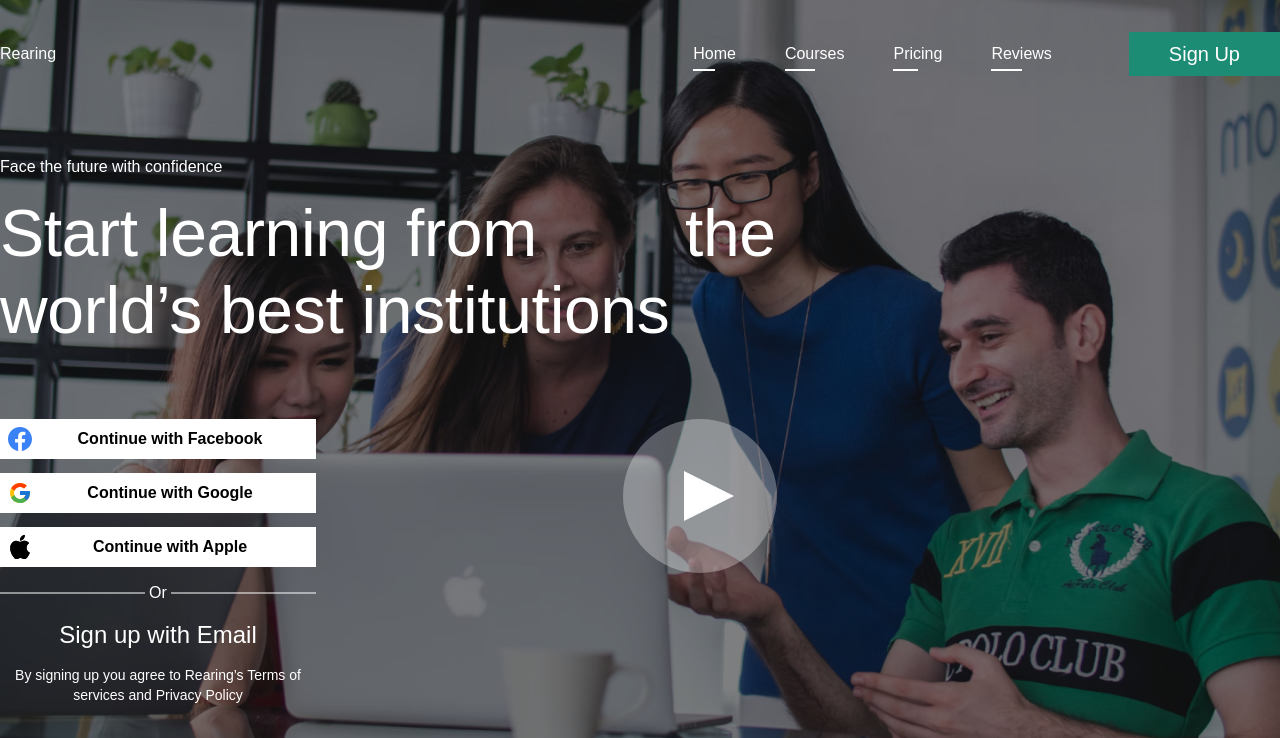
Repository: vandangnhathung/educationplatform
Page: /
These files come from the project's save history. The page is drawn as it stood at one moment and after the next save; the edit follows.
The browser window is 1280 px wide. The pictures show the whole page.
The project was rebuilt for these pictures with package versions that can differ from the ones it lists, and the page was loaded fresh each time.

Above is the page before, as saved 2022-06-21 00:26:39.

After the next save:
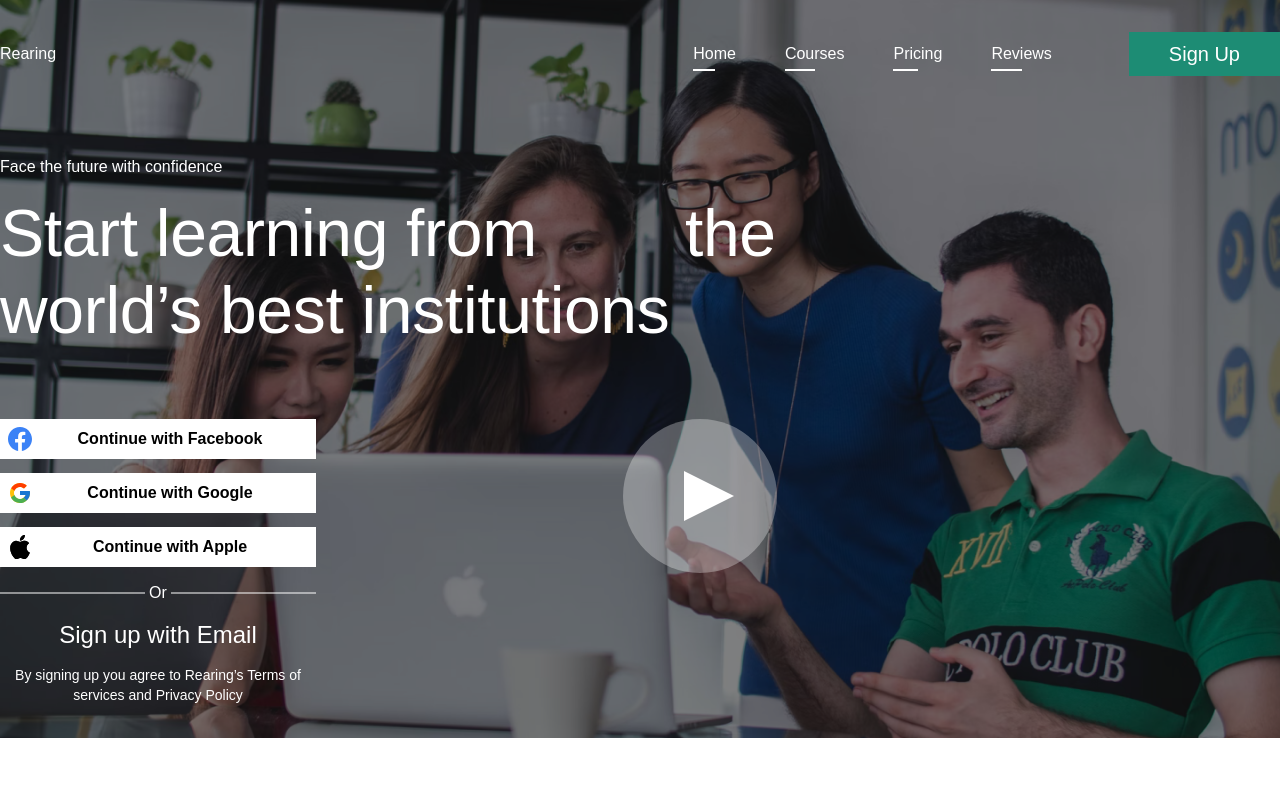
Saved 11 s later.
--- a/src/App.js
+++ b/src/App.js
@@ -1,9 +1,11 @@
 import Header from "./components/Header";
+import HeaderStatistic from "./components/header/HeaderStatistic";
 
 function App() {
   return (
     <>
       <Header></Header>
+      <HeaderStatistic></HeaderStatistic>
     </>
   );
 }
